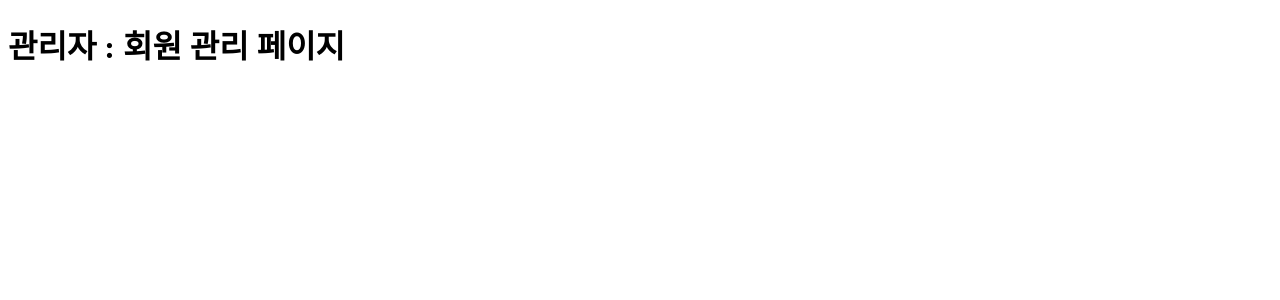
Repository: minimelody/servlet
Page: http://localhost/web2/views/member/allMember.jsp
The author's editor kept a copy of each file at every save. The page is drawn from the files as they stood at one save, then again after the next save.
The browser window is 1280 px wide. The pictures show the whole page.
The page is served by Tomcat 9. Other server files are loaded and not shown.

Above is the page before, as saved 2018-05-24 07:13:26.

### webworkspace2/web2/WebContent/views/member/allMember.jsp
<%@ page language="java" contentType="text/html; charset=UTF-8"
    pageEncoding="UTF-8"%>
<!DOCTYPE html PUBLIC "-//W3C//DTD HTML 4.01 Transitional//EN" "http://www.w3.org/TR/html4/loose.dtd">
<html>
<head>
<meta http-equiv="Content-Type" content="text/html; charset=UTF-8">
<title>Insert title here</title>
</head>
<body>
<h1>관리자 : 회원 관리 페이지</h1>
</body>
</html>

After the next save:
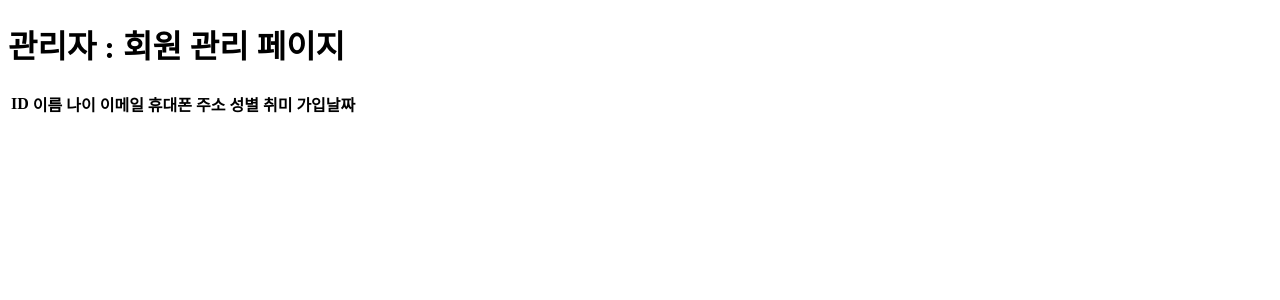
Saved 2 min 4 s later.
--- a/webworkspace2/web2/WebContent/views/member/allMember.jsp
+++ b/webworkspace2/web2/WebContent/views/member/allMember.jsp
@@ -8,5 +8,10 @@
 </head>
 <body>
 <h1>관리자 : 회원 관리 페이지</h1>
+<table>
+	<tr>
+		<th>ID</th><th>이름</th><th>나이</th><th>이메일</th><th>휴대폰</th><th>주소</th><th>성별</th><th>취미</th><th>가입날짜</th>
+	</tr>
+</table>
 </body>
 </html>
